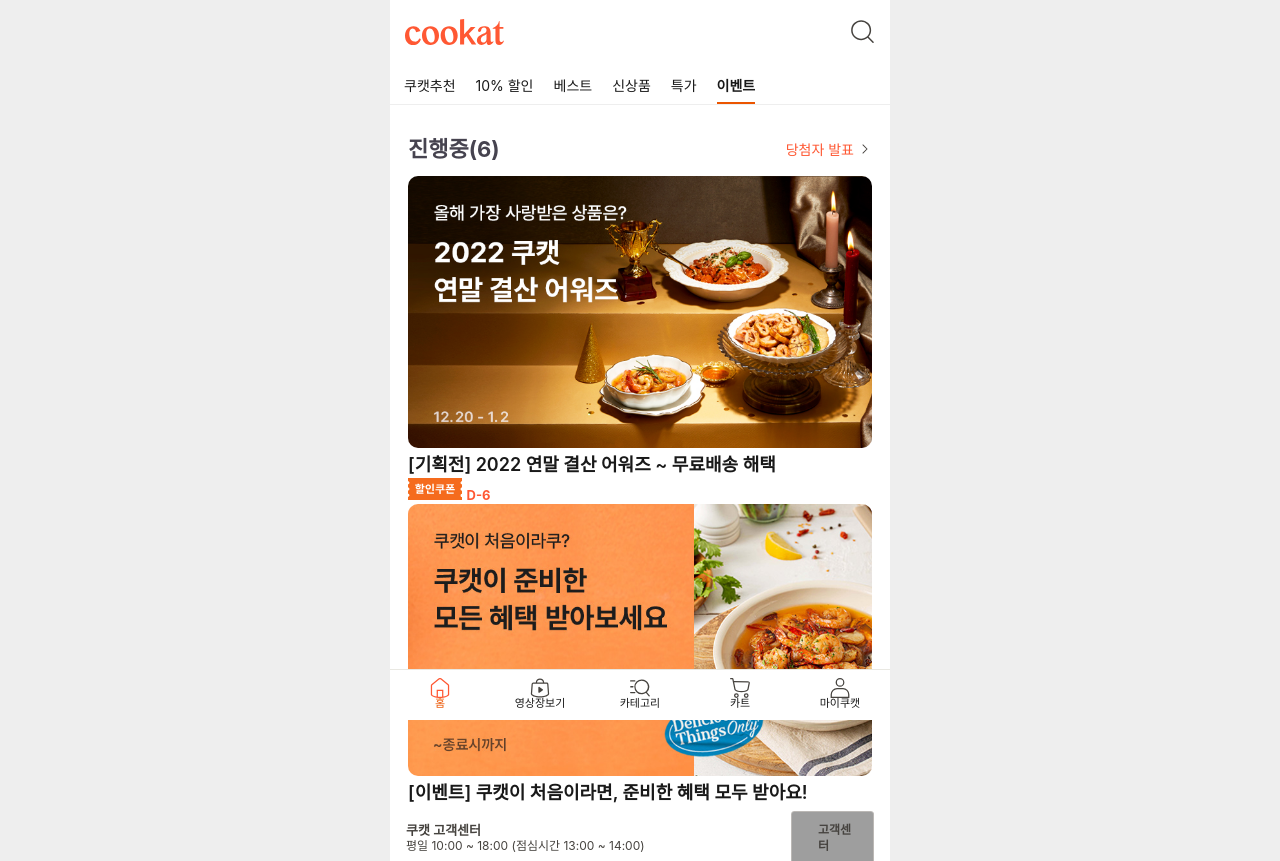
Repository: CooKat/Cookat
Page: event.html
An editor plug-in stored every save of this project. The page is shown before and after the next save, followed by the edit.
The browser window is 1280 px wide. The pictures show the part of the page from y = 0 to 861 px (the page is 1655 px tall before and 1651 px after).
Pictures or frames that could not be fetched are drawn as grey boxes. A picture or video elsewhere on the page could not be fetched, so the positions and the page height are approximate. Some web fonts or font styles are not loaded; a fallback is used.

Above is the page before, as saved 2022-12-27 20:58:45.
Not found: js/ex1.js

After the next save:
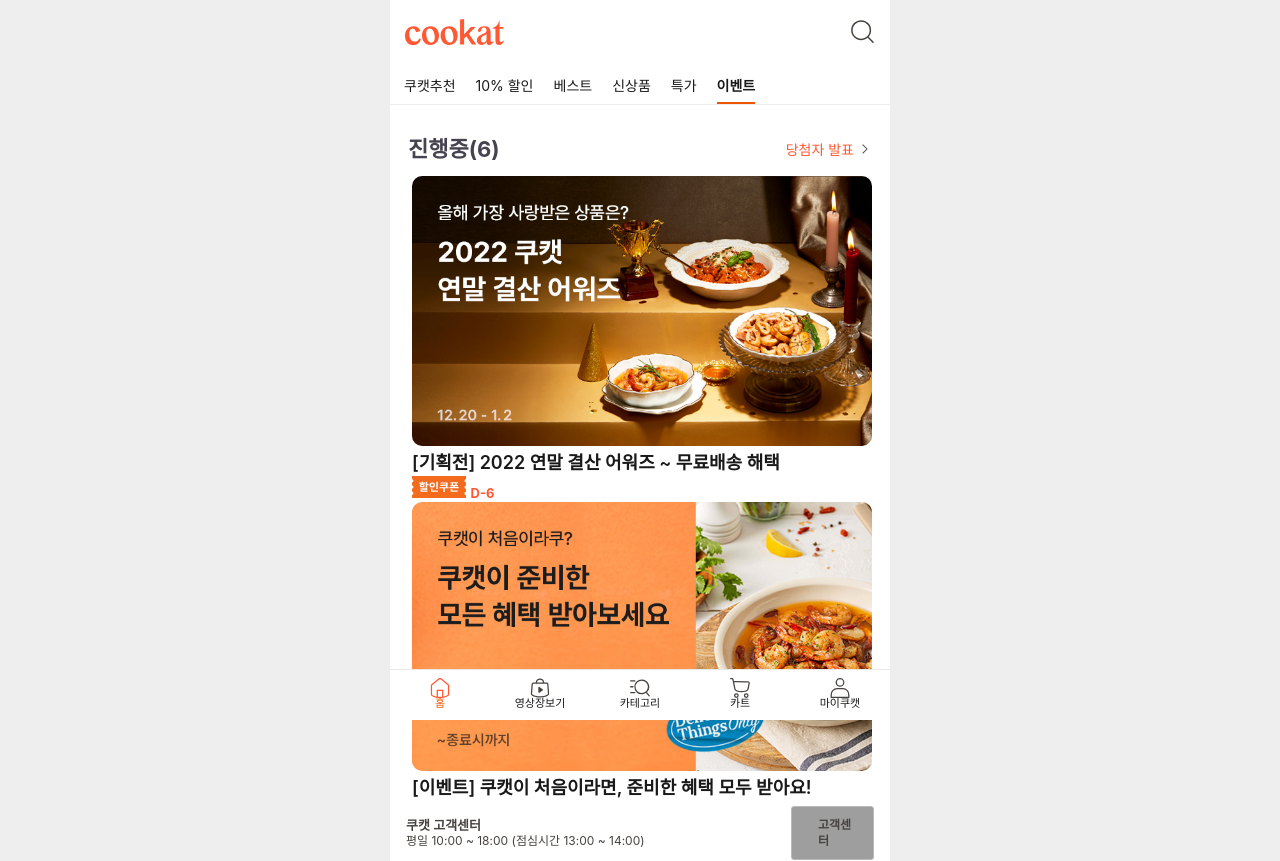
Saved 57 s later.
--- a/css/event.css
+++ b/css/event.css
@@ -50,7 +50,9 @@
   line-height: var(--text-xxl);
   font-weight: 600;
 }
-
+.item-list-item{
+  padding-left: var(--spacing-xxs);
+}
 .coupon{
   color: #ff5833;
   line-height: var(--text-l);
